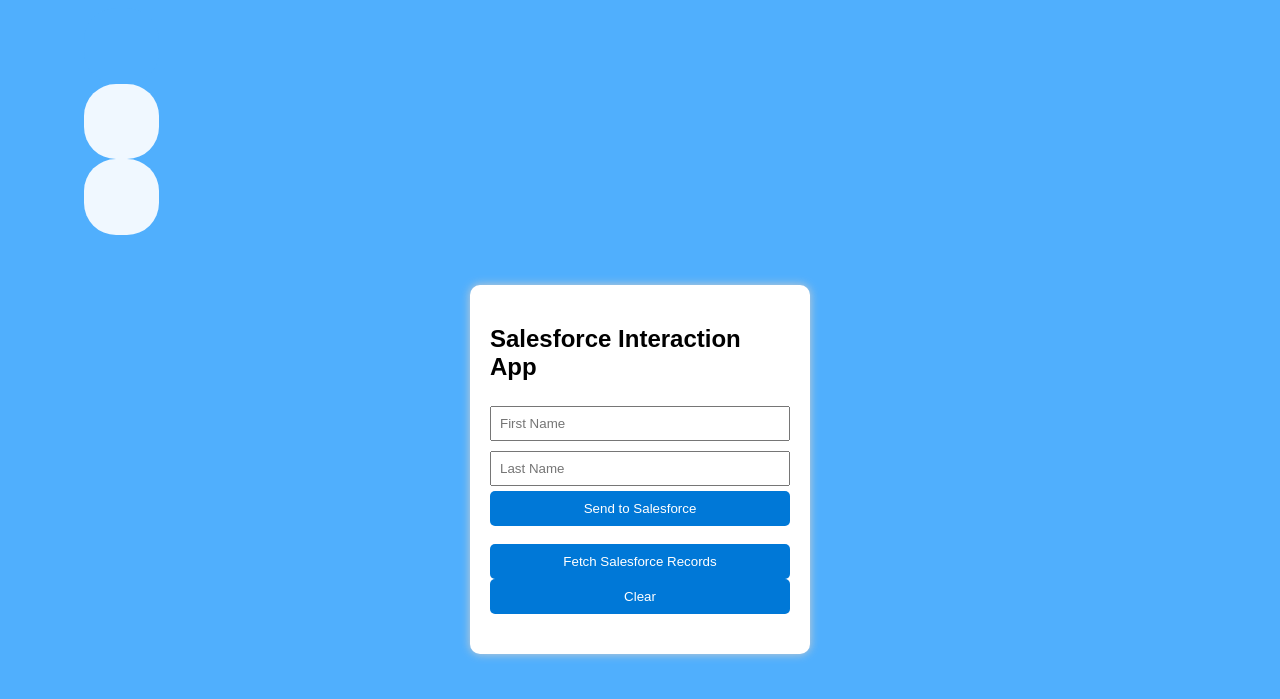
Repository: PamodaW/SalesforceSync
Page: Client/index.html
The author's editor kept a copy of each file at every save. The page is drawn from the files as they stood at one save, then again after the next save.
The browser window is 1280 px wide. The pictures show the whole page.
The pointer rests on the first visible `.Clouds`.

Above is the page before, as saved 2024-11-20 15:31:22.

### Client/index.html
<!DOCTYPE html>
<html lang="en">
<head>
    <meta charset="UTF-8">
    <meta name="viewport" content="width=device-width, initial-scale=1.0">
    <link rel="stylesheet" href="style.css">
    <title>Salesforce Web App</title>
</head>
<body>
    <div class="Clouds"></div>
    <div class="Clouds"></div>
    <div class="Clouds"></div>
    <div class="container">
        <h2>Salesforce Interaction App</h2>
        <form id="salesforceForm">
            <input type="text" id="firstName" placeholder="First Name" required>
            <input type="text" id="lastName" placeholder="Last Name" required>
            <br/>
            <button type="button" onclick="createRecord()">Send to Salesforce</button>
        </form>
        <br/>
        <button onclick="fetchRecords()">Fetch Salesforce Records</button>
        <br>
        <button onclick="ClearArea()">Clear</button>
        <div id="output"></div>
    </div>
    <script src="script.js"></script>
</body>
</html>

### Client/style.css
body {
    font-family: Arial, sans-serif;
    background-color: #50affd;
}

.container {
    width: 300px;
    margin: 50px auto;
    padding: 20px;
    background: white;
    border-radius: 10px;
    box-shadow: 0 0 10px #ccc;
}

input {
    width: 100%;
    padding: 8px;
    margin: 5px 0;
    box-sizing: border-box;
}

button {
    width: 100%;
    padding: 10px;
    background: #0078d7;
    color: white;
    border: none;
    border-radius: 5px;
    cursor: pointer;
}

button:hover {
    background: #0056a6;
}

#output {
    margin-top: 20px;
}

.Clouds{
    background-color: aliceblue;
    width: 2cm;
    height: 2cm;
    border-radius: 2rem;
    border: black 2px ;
   margin-left: 2cm;
}

.Clouds:hover{
    background-color: #50affd;

}

form{
    background: transparent;
}

### Client/script.js
const consumerKey = "3MVG9DREgiBqN9Wn1tmI.eQb32fXpKrWsCOiPp9anMP.XOEs3Rv7Ic_w7Q17wlZtloetkekoWTk5wvuYA8eFB";
const consumerSecret = "A0E8A1E3413392B2C6332CBA430EEA0D6A9BF24CEB56DDAEEF33126583276774";
const username = "pamodaw@gmail.com";
const password = "Pamzi2020yBm8RGuqKhuSUMUayOxBCQAk";

let accessToken = "";

async function authenticate() {
    try {
        const response = await fetch('http://localhost:3000/authenticate', {
            method: 'POST',
            headers: {
                'Content-Type': 'application/json',
            },
        });

        const data = await response.json();
        if (data.access_token) {
            accessToken = data.access_token;
            instanceUrl = data.instance_url;
            console.log('Authenticated successfully');
        } else {
            console.error('Authentication failed', data);
            alert("Authentication failed: " + JSON.stringify(data));
        }
    } catch (error) {
        console.error('Error during authentication', error);
    }
}


// Step 2: Create a Record in Salesforce
// Assuming the accessToken and instanceUrl are set after authentication

async function createRecord() {
    if (!accessToken || !instanceUrl) {
        await authenticate();
    }

    if (accessToken && instanceUrl) {
        const firstName = document.getElementById("firstName").value;
        const lastName = document.getElementById("lastName").value;

        const newContact = {
            FirstName: firstName,
            LastName: lastName,
        };

        try {
            const response = await fetch('http://localhost:3000/createContact', {  // Matches the server port
                method: 'POST',
                headers: {
                    'Content-Type': 'application/json',
                },
                body: JSON.stringify({
                    accessToken: accessToken,
                    instanceUrl: instanceUrl,
                    contactData: newContact,
                }),
            });

            const data = await response.json();

            if (data.id) {
                console.log('Contact created successfully', data);
                alert(`Contact created successfully: ${data.id}`);
            } else {
                console.error('Failed to create contact', data);
                alert("Failed to create contact: " + JSON.stringify(data));
            }
        } catch (error) {
            console.error('Error during contact creation', error);
        }
    } else {
        console.error('Authentication failed. Cannot create record.');
    }
}



// Step 3: Fetch Records from Salesforce
async function fetchRecords() {
    if (!accessToken || !instanceUrl) {
        await authenticate();
    }

    if (accessToken && instanceUrl) {
        try {
            const response = await fetch('http://localhost:3000/getContacts', {
                method: 'POST',
                headers: {
                    'Content-Type': 'application/json',
                },
                body: JSON.stringify({
                    accessToken: accessToken,
                    instanceUrl: instanceUrl,
                }),
            });

            const contacts = await response.json();

            if (Array.isArray(contacts)) {
                console.log('Contacts fetched successfully:', contacts);
                let output = "<h3>Fetched Contacts:</h3>";
                contacts.forEach(contact => {
                    output += `<p>${contact.FirstName} ${contact.LastName}</p>`;
                });
                document.getElementById('output').innerHTML = output;
            } else {
                console.error('Failed to fetch contacts', contacts);
                alert("Failed to fetch contacts: " + JSON.stringify(contacts));
            }
        } catch (error) {
            console.error('Error during contact fetch', error);
        }
    } else {
        console.error('Authentication failed. Cannot fetch contacts.');
    }
}

//clear the Area
async function ClearArea(){
    document.getElementById('output')
            .innerHTML = "";
}

After the next save:
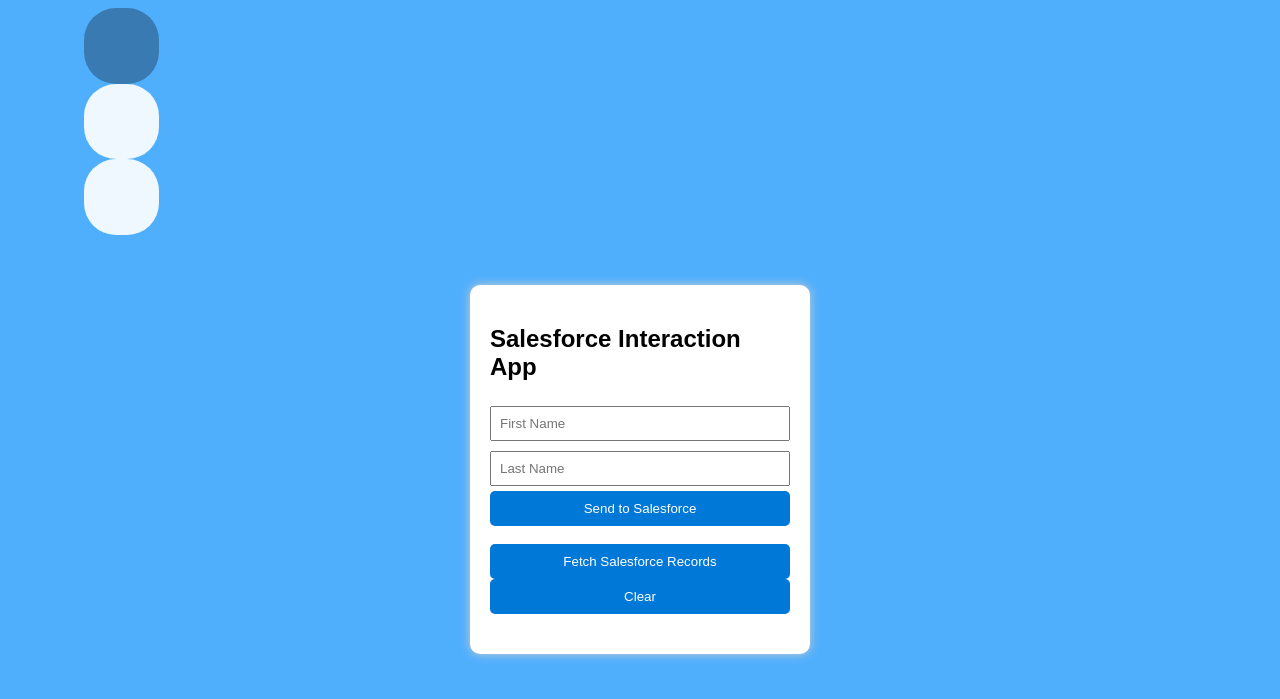
Saved 28 s later.
--- a/Client/style.css
+++ b/Client/style.css
@@ -47,7 +47,7 @@
 }
 
 .Clouds:hover{
-    background-color: #50affd;
+    background-color: rgba(0, 0, 0, 0.3);
 
 }
 
